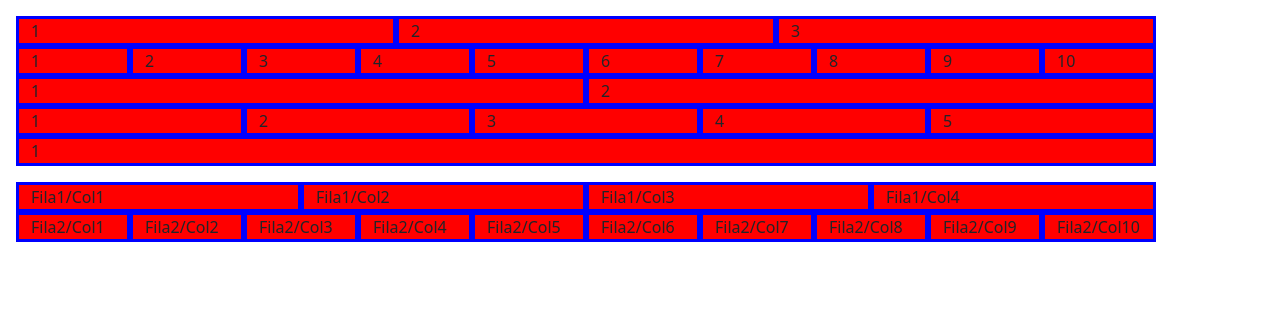
Repository: alexvl06/alexvl06.github.io
Page: index.html
An editor plug-in stored every save of this project. The page is shown before and after the next save, followed by the edit.
The browser window is 1280 px wide. The pictures show the whole page.

Above is the page before, as saved 2022-07-11 08:28:59.

### index.html
<!DOCTYPE html>
<html lang="en">
  <head>
    <meta charset="utf-8" />
    <meta name="viewport" content="width=device-width, initial-scale=1" />
    <title>Bootstrap demo</title>
    <link
      href="https://cdn.jsdelivr.net/npm/bootstrap@5.2.0-beta1/dist/css/bootstrap.min.css"
      rel="stylesheet"
      integrity="sha384-0evHe/X+R7YkIZDRvuzKMRqM+OrBnVFBL6DOitfPri4tjfHxaWutUpFmBp4vmVor"
      crossorigin="anonymous"
    />
  </head>
  <body>
    <div class="container m-3" style="background: red">
      <div class="row">
        <div class="col" style="border: solid blue">1</div>
        <div class="col" style="border: solid blue">2</div>
        <div class="col" style="border: solid blue">3</div>
      </div>
      <div class="row">
        <div class="col" style="border: solid blue">1</div>
        <div class="col" style="border: solid blue">2</div>
        <div class="col" style="border: solid blue">3</div>
        <div class="col" style="border: solid blue">4</div>
        <div class="col" style="border: solid blue">5</div>
        <div class="col" style="border: solid blue">6</div>
        <div class="col" style="border: solid blue">7</div>
        <div class="col" style="border: solid blue">8</div>
        <div class="col" style="border: solid blue">9</div>
        <div class="col" style="border: solid blue">10</div>
      </div>
      <div class="row">
        <div class="col" style="border: solid blue">1</div>
        <div class="col" style="border: solid blue">2</div>
      </div>
      <div class="row">
        <div class="col" style="border: solid blue">1</div>
        <div class="col" style="border: solid blue">2</div>
        <div class="col" style="border: solid blue">3</div>
        <div class="col" style="border: solid blue">4</div>
        <div class="col" style="border: solid blue">5</div>
      </div>
      <div class="row">
        <div class="col" style="border: solid blue ;">1</div>
      </div>
    </div>

    <div class="container m-3" style="background: red;">
      <div class="row">
        <div class="col-6 col-md-3" style="border: solid blue;">Fila1/Col1</div>
        <div class="col-6 col-md-3" style="border: solid blue;">Fila1/Col2</div>
        <div class="col-6 col-md-3" style="border: solid blue;">Fila1/Col3</div>
        <div class="col-6 col-md-3" style="border: solid blue;">Fila1/Col4</div>
      </div>
      <div class="row">
        <div class="col-12 col-md-6 col-lg" style="border: solid blue;">Fila2/Col1</div>
        <div class="col-12 col-md-6 col-lg" style="border: solid blue;">Fila2/Col2</div>
        <div class="col-12 col-md-6 col-lg" style="border: solid blue;">Fila2/Col3</div>
        <div class="col-12 col-md-6 col-lg" style="border: solid blue;">Fila2/Col4</div>
        <div class="col-12 col-md-6 col-lg" style="border: solid blue;">Fila2/Col5</div>
        <div class="col-12 col-md-6 col-lg" style="border: solid blue;">Fila2/Col6</div>
        <div class="col-12 col-md-6 col-lg" style="border: solid blue;">Fila2/Col7</div>
        <div class="col-12 col-md-6 col-lg" style="border: solid blue;">Fila2/Col8</div>
        <div class="col-12 col-md-6 col-lg" style="border: solid blue;">Fila2/Col9</div>
        <div class="col-12 col-md-6 col-lg" style="border: solid blue;">Fila2/Col10</div>
      </div>
    </div>
    <script
      src="https://cdn.jsdelivr.net/npm/bootstrap@5.2.0-beta1/dist/js/bootstrap.bundle.min.js"
      integrity="sha384-pprn3073KE6tl6bjs2QrFaJGz5/SUsLqktiwsUTF55Jfv3qYSDhgCecCxMW52nD2"
      crossorigin="anonymous"
    ></script>
  </body>
</html>

After the next save:
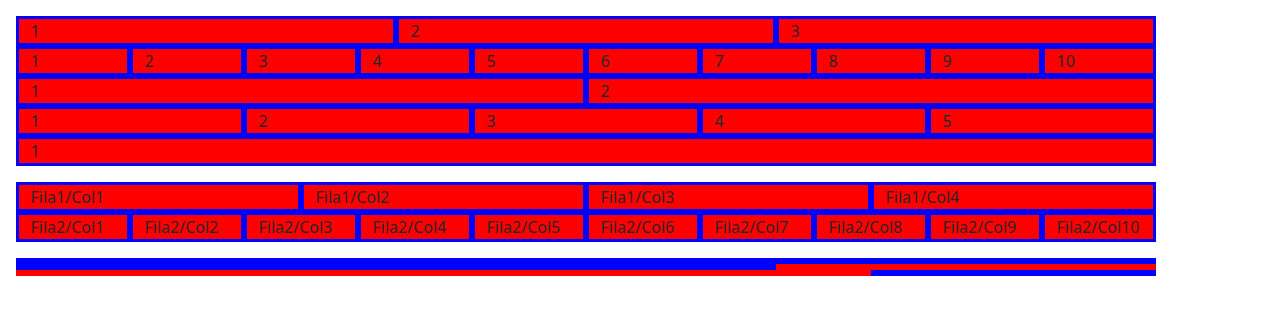
Saved 5 min 28 s later.
--- a/index.html
+++ b/index.html
@@ -66,6 +66,17 @@
         <div class="col-12 col-md-6 col-lg" style="border: solid blue;">Fila2/Col10</div>
       </div>
     </div>
+
+    <div class="container m-3" style="background: red;">
+      <div class="row">
+        <div class="col-12" style="border: solid blue"></div>
+      </div>
+      <div class="row">
+        <div class="col-8" style="border: solid blue"></div>
+      </div>
+      <div class="row">
+        <div class="col-3 offset-9" style="border: solid blue"></div></div>
+    </div>
     <script
       src="https://cdn.jsdelivr.net/npm/bootstrap@5.2.0-beta1/dist/js/bootstrap.bundle.min.js"
       integrity="sha384-pprn3073KE6tl6bjs2QrFaJGz5/SUsLqktiwsUTF55Jfv3qYSDhgCecCxMW52nD2"
